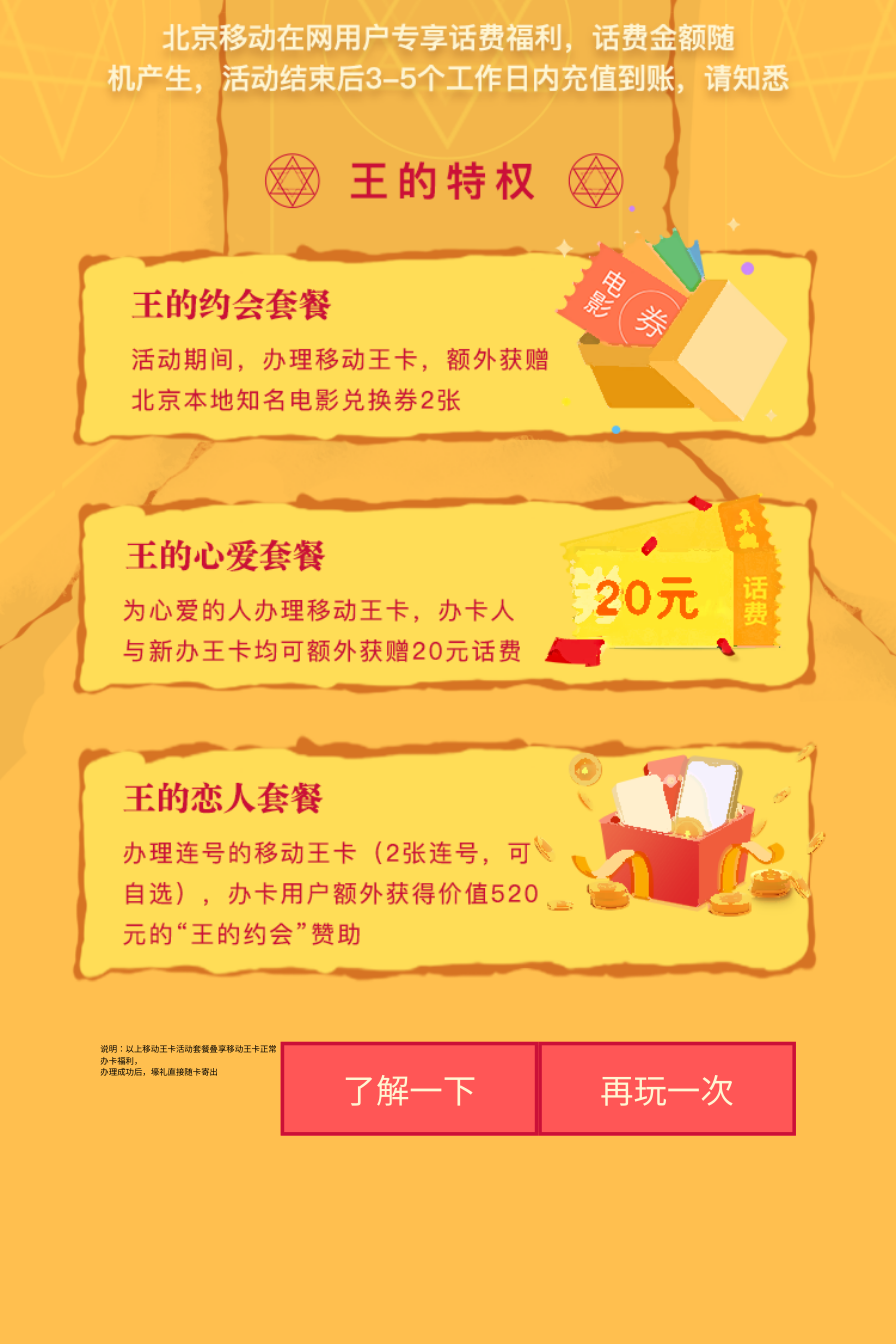
Repository: wangbiaozy/12.19
Page: lj.html
The author's editor kept a copy of each file at every save. The page is drawn from the files as they stood at one save, then again after the next save.
The browser window is 1280 px wide. The pictures show the part of the page from y = 836 to 2756 px (the page is 2756 px tall), at 70% of full size.

Above is the page before, as saved 2018-12-18 19:15:40.

After the next save:
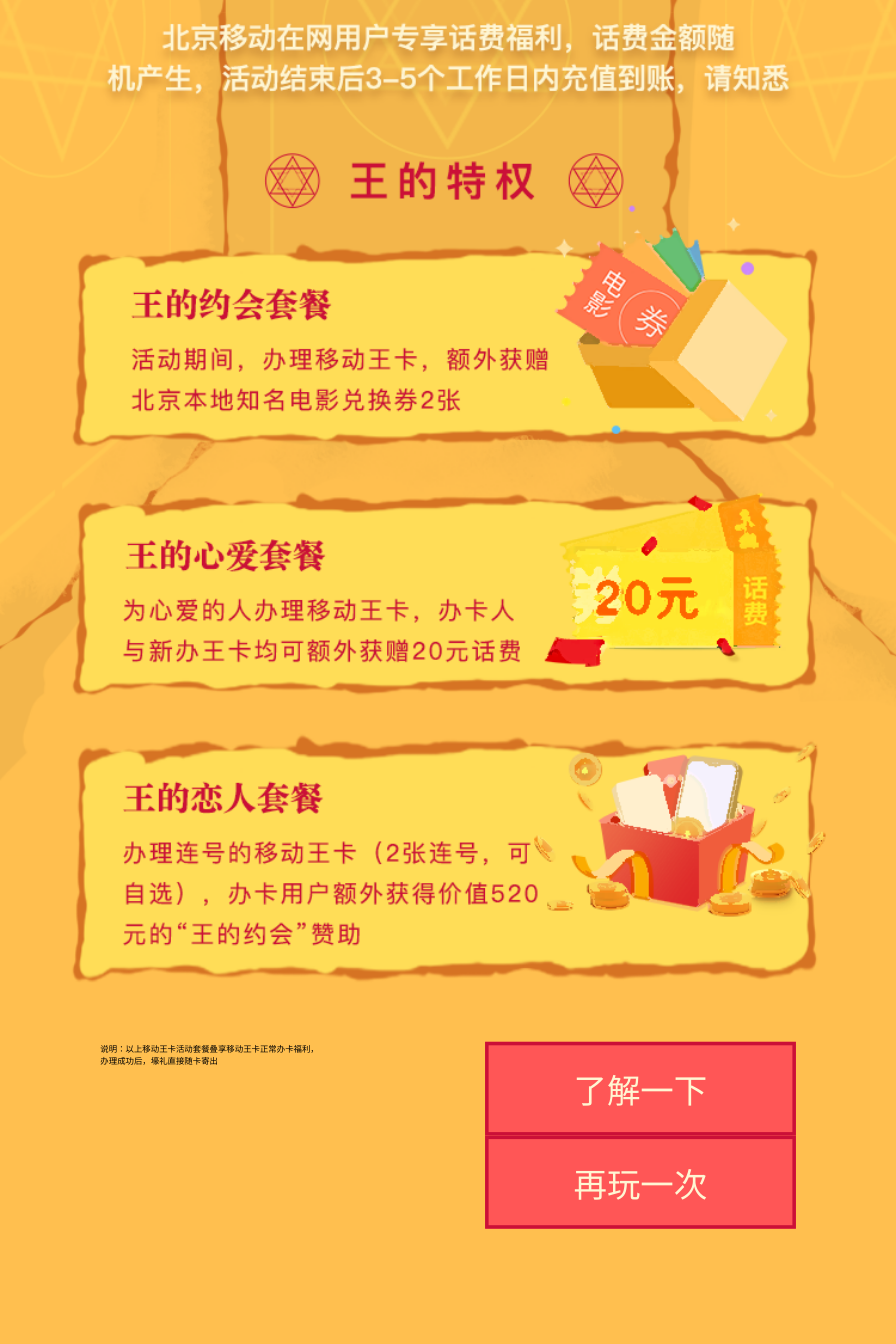
Saved 15 s later.
--- a/lj.html
+++ b/lj.html
@@ -31,8 +31,10 @@
         <footer>
             <p>说明：以上移动王卡活动套餐叠享移动王卡正常办卡福利，<br>办理成功后，壕礼直接随卡寄出
             </p>
-            <a href="./wangka.html">了解一下</a>
-            <a href="./index.html">再玩一次</a>
+            <div>
+                <a href="./wangka.html">了解一下</a>
+                <a href="./index.html">再玩一次</a>
+            </div>
         </footer>
     </section>
 </body>
